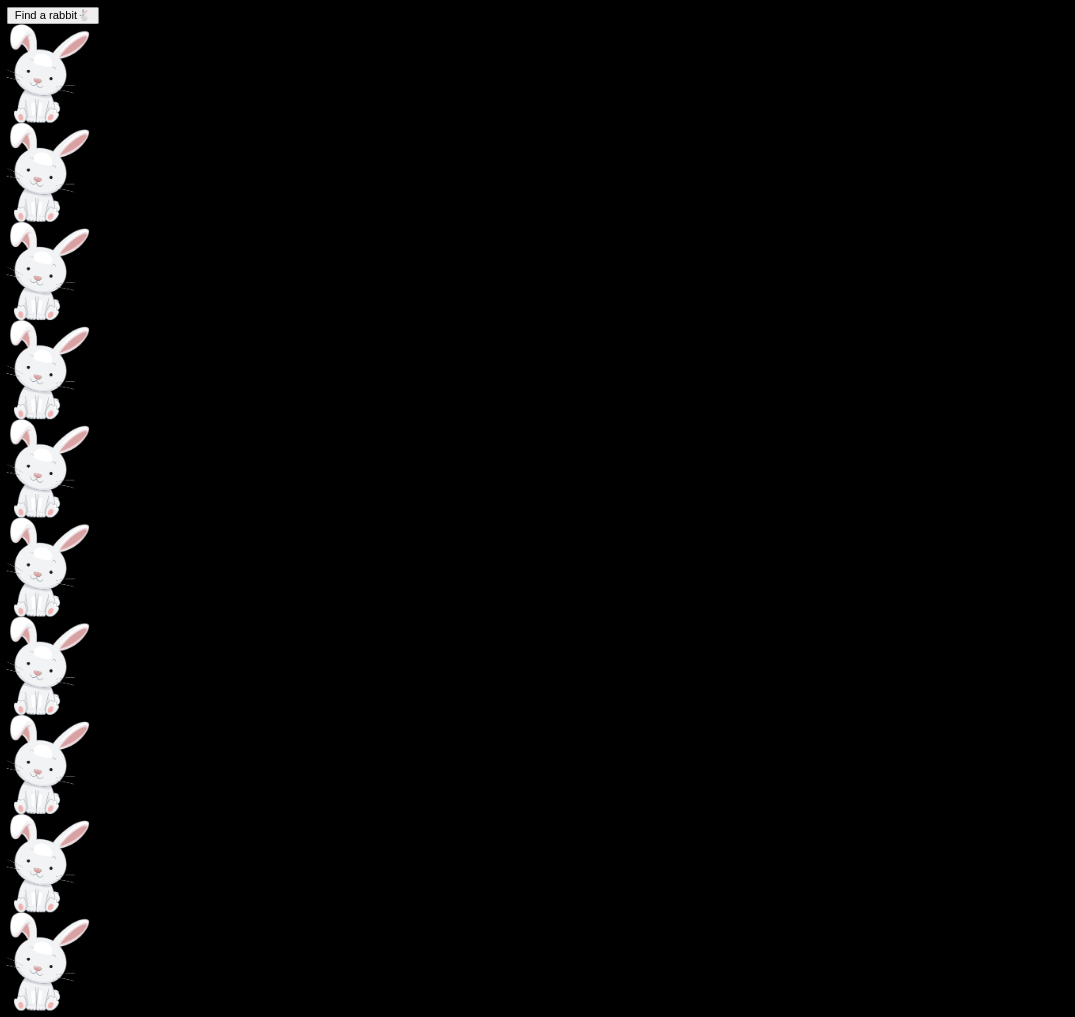
Repository: dhchun1203/browser-practice-works-
Page: rabbits/index.html
These files come from the project's save history. The page is drawn as it stood at one moment and after the next save; the edit follows.
The browser window is 1280 px wide. The pictures show the whole page, at 84% of full size.

Above is the page before, as saved 2021-01-04 12:08:54.

After the next save:
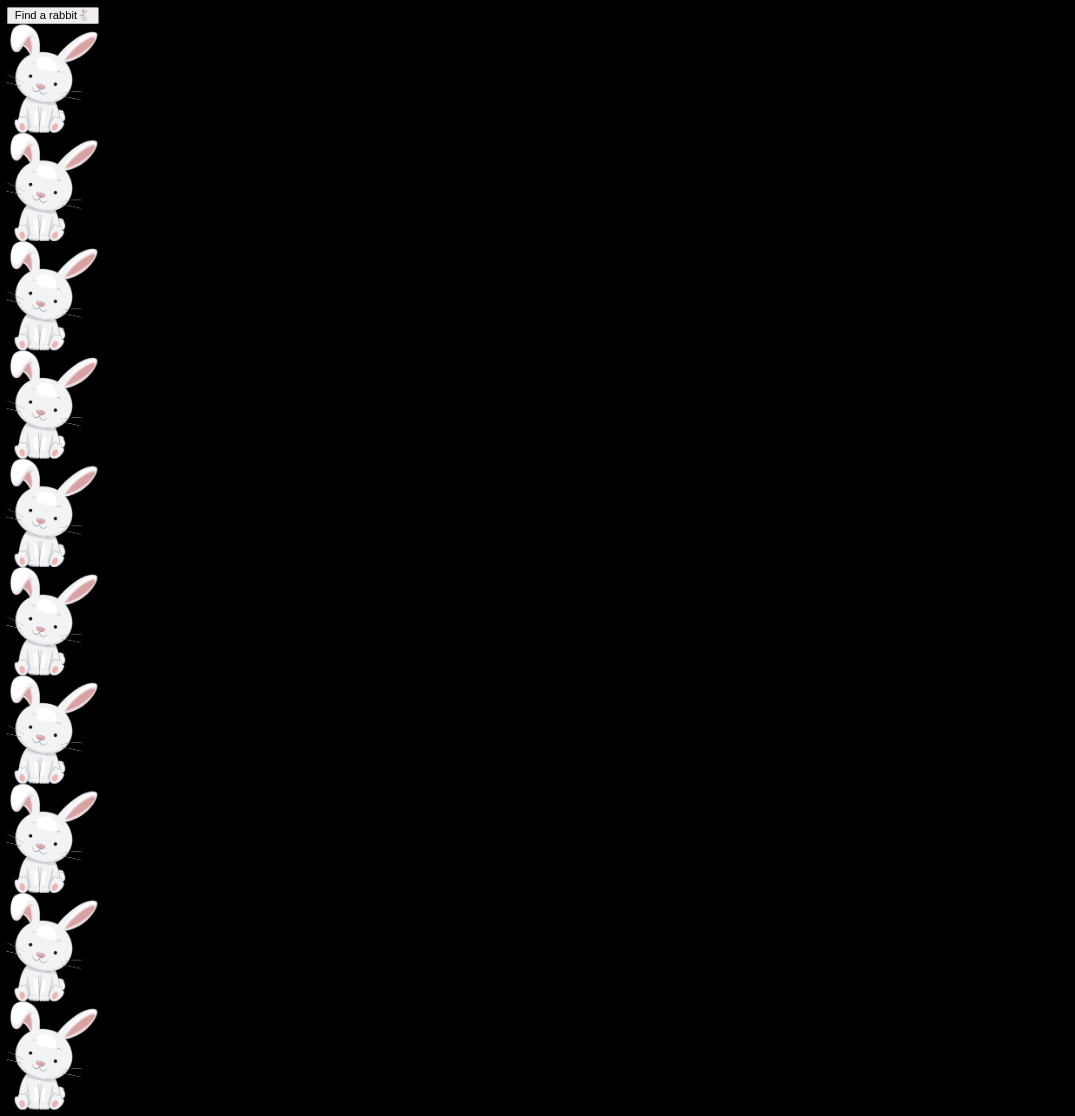
Saved 5 s later.
--- a/rabbits/index.html
+++ b/rabbits/index.html
@@ -14,7 +14,7 @@
 				width: 110px;
 			}
 			img {
-				width: 100px;
+				width: 110px;
 			}
 		</style>
 	</head>
